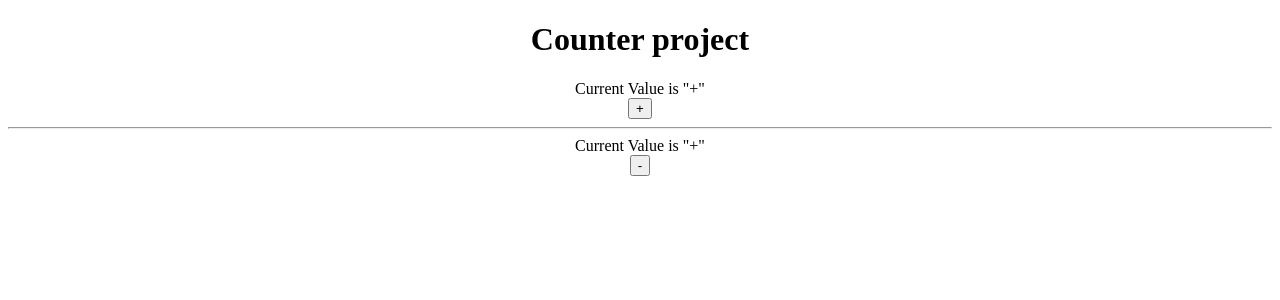
Repository: NiutaR/counter-dom
Page: index.html
The author's editor kept a copy of each file at every save. The page is drawn from the files as they stood at one save, then again after a run of saves.
The browser window is 1280 px wide. The pictures show the whole page.

Above is the page before, as saved 2021-07-20 21:45:26.
Console error (its wording comes from the project's code and is left out).

After the next 2 saves:
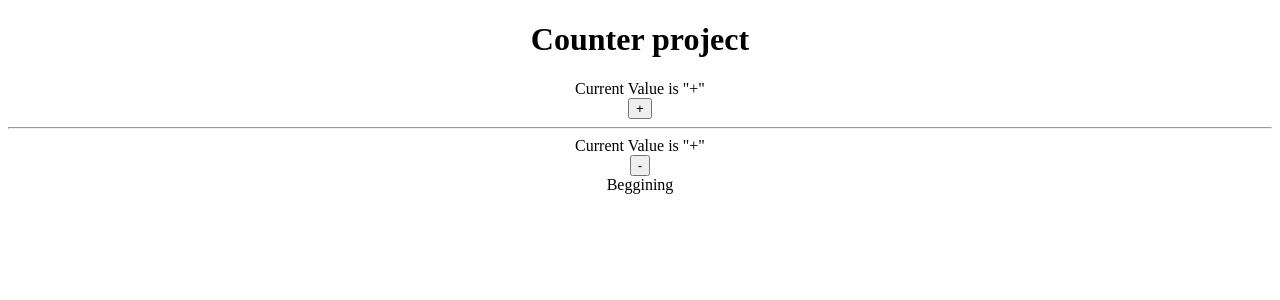
The error is gone.
The 2 saves are shown as one change because they came seconds apart.
The last was saved 7 s later.
--- a/index.js
+++ b/index.js
@@ -12,4 +12,4 @@ const node = document.createTextNode('Beggining');
 div1.appendChild(node);
 div1.id = 'div1';
 const mainBlock = document.getElementById('container');
-mainBlock.appendChild()
+mainBlock.appendChild(div1);
